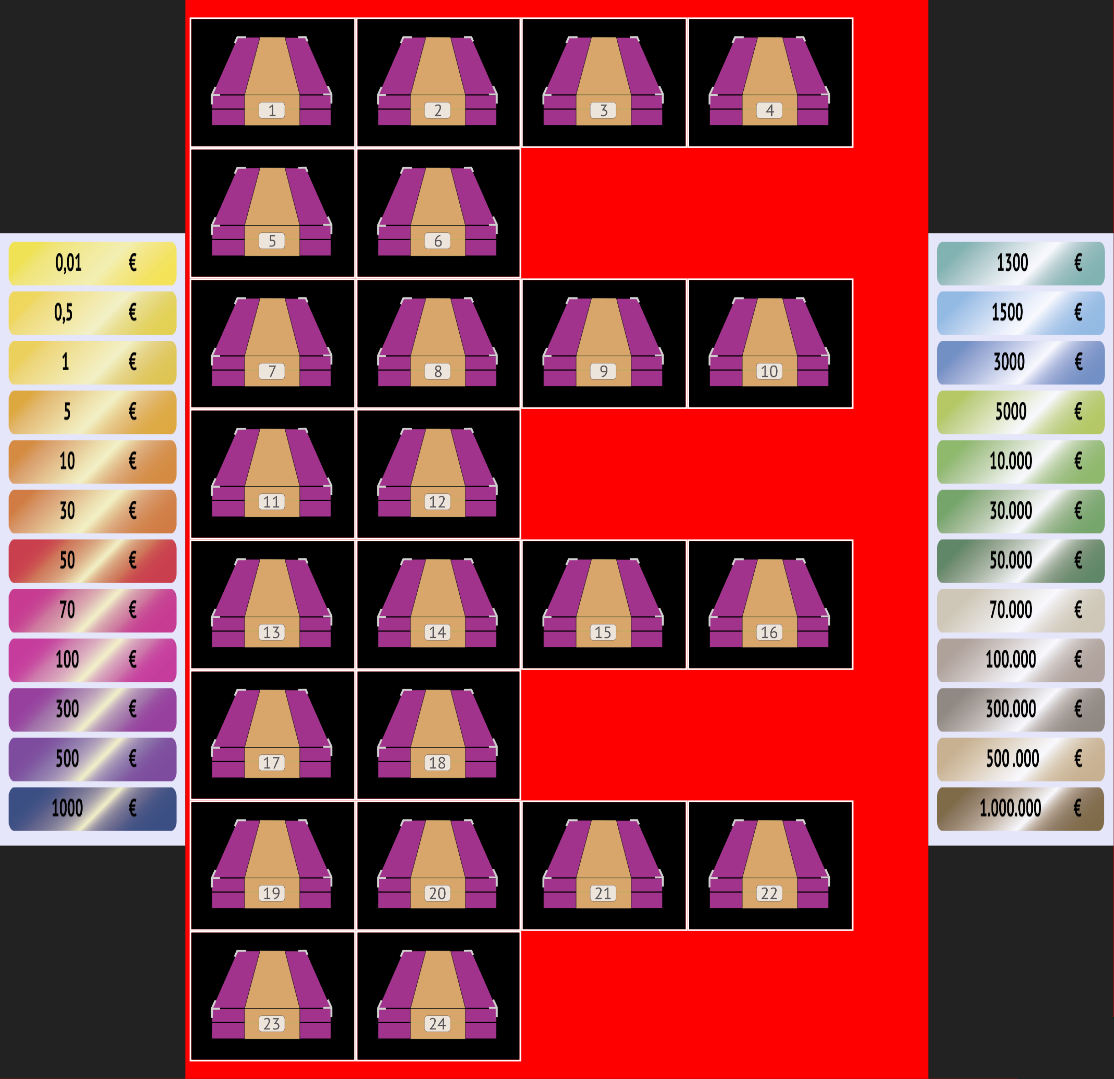
Repository: elnacp/Deal_or_no_deal
Page: DealOrNoDeal/index.html
The author's editor kept a copy of each file at every save. The page is drawn from the files as they stood at one save, then again after the next save.
The browser window is 1280 px wide. The pictures show the whole page, at 87% of full size.
Some web libraries are served in a nearby version.

Above is the page before, as saved 2017-11-27 01:19:53.

After the next save:
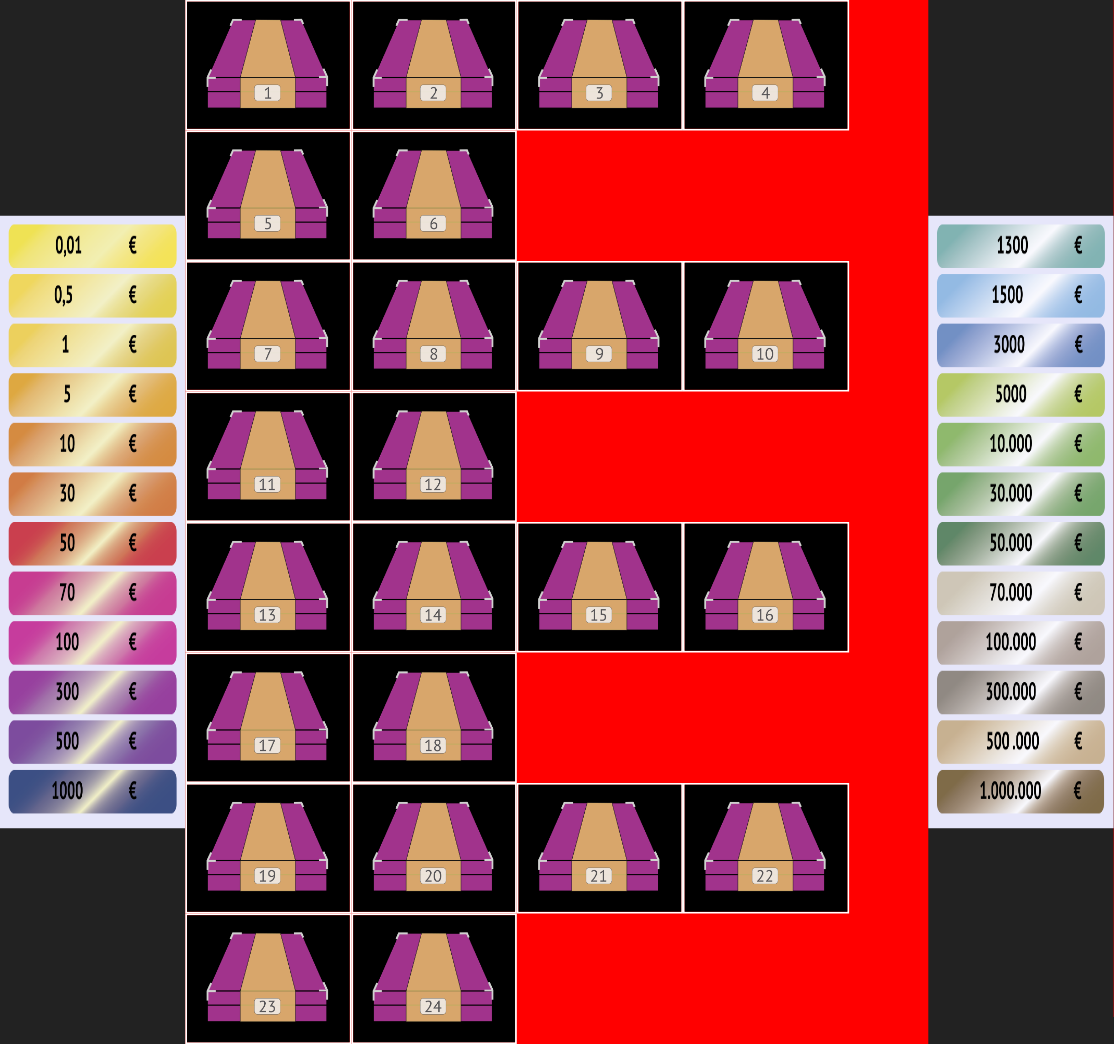
Saved 22 s later.
--- a/DealOrNoDeal/css/style.css
+++ b/DealOrNoDeal/css/style.css
@@ -31,7 +31,7 @@ body {
 }
 
 .col-md-8{
-	padding: 20px;
+	left-padding: 20px;
 	text-align: center;
 	background-color: red;
 	margin: none;
